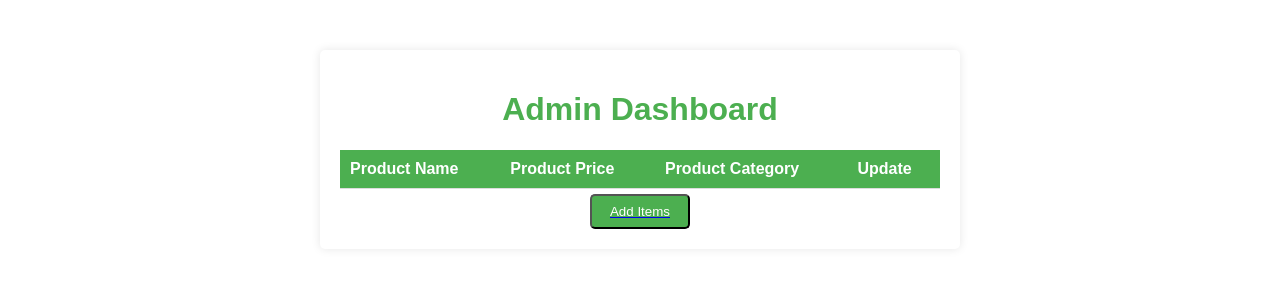
Repository: UrinduYatawakaa/OOP_project
Page: http://localhost/ProductDemo/AllServlet
The author's editor kept a copy of each file at every save. The page is drawn from the files as they stood at one save, then again after the next save.
The browser window is 1280 px wide. The pictures show the whole page.
The page is served by Tomcat 9. Other server files are loaded and not shown. Queries for data that is not in the repository find no rows.

Above is the page before, as saved 2023-10-25 18:57:42.

### oop project/ProductDemo/src/main/webapp/searchbarAdmin.jsp
<%@ page language="java" contentType="text/html; charset=ISO-8859-1"
    pageEncoding="ISO-8859-1"%>
    <%@taglib prefix="c" uri="http://java.sun.com/jsp/jstl/core"%>

<!DOCTYPE html>
<html lang="en">

<head>
    <meta charset="UTF-8">
    <meta name="viewport" content="width=device-width, initial-scale=1.0">
    <link rel="stylesheet" href="css/category.css" type="text/css">
    <title>Simple Grocery Cart</title>
</head>

<body>
    <div class="container2">
        <table class="cart">
        <h1>Admin Dashboard</h1>
            <thead>
                <tr>
                    <th>Product Name</th>
                    <th>Product Price</th>
                    <th>Product Category</th>
                    <th>Update</th>
                </tr>
            </thead>
            <c:forEach var="product" items = "${productDetails}" >

            <c:set var="id" value="${product.id}"/>
            <c:set var="name" value="${product.name}"/>
            <c:set var="price" value="${product.price}"/>
            <c:set var="category" value="${product.category}"/>

            <c:url value="updateProduct.jsp" var="productUpdate">
		    <c:param name="id" value="${id}"/>
		    <c:param name="name" value="${name}"/>
		    <c:param name="price" value="${price}"/>
		    <c:param name="category" value="${category}"/>
	        </c:url>

            <tbody>
                <tr>
                    <td>${product.name}</td>
                    <td>${product.price}</td>
                    <td>${product.category}</td>

                    <td>
                        <a href="${productUpdate}">
                            <input type="button" name="update" value="update value"  class="add-to-cart-button">
                            </a>
                    </td>
                </tr>

        </c:forEach>
        </tbody>

        </table>
         <a href="ProductInsert.jsp">
         <input type="button" name="update" value="Add Items"  class="add-to-cart-button">
        </a>

    </div>
</body>


</html>

### oop project/ProductDemo/src/main/java/com/product/AllServlet.java
package com.product;

import java.io.IOException;
import java.util.List;

import javax.servlet.RequestDispatcher;
import javax.servlet.ServletException;
import javax.servlet.annotation.WebServlet;
import javax.servlet.http.HttpServlet;
import javax.servlet.http.HttpServletRequest;
import javax.servlet.http.HttpServletResponse;

@WebServlet("/AllServlet")
public class AllServlet extends HttpServlet {
	private static final long serialVersionUID = 1L;

	protected void doGet(HttpServletRequest request, HttpServletResponse response) throws ServletException, IOException {
		String category = request.getParameter("category");

		List<Product> productDetails = ProductDBUtil.getAll();
			request.setAttribute("productDetails", productDetails);

			RequestDispatcher dis = request.getRequestDispatcher("searchbarAdmin.jsp");
			dis.forward(request, response);



	}

}

### oop project/ProductDemo/src/main/java/com/product/ProductDBUtil.java
package com.product;
import java.sql.Connection;
import java.sql.DriverManager;
import java.sql.PreparedStatement;
import java.sql.ResultSet;
import java.sql.Statement;
import java.util.ArrayList;
import java.util.List;


public class ProductDBUtil {

	private static boolean isSuccess;
	private static Connection con = null;
	private static Statement stmt = null;
	private static ResultSet rs = null;

	public static List<Product> getProduct (String name){

		ArrayList<Product> product = new ArrayList<>();



		try {
			//String sql = "select * from product_details where product_name='%''"+name+"''%'";
			con = DBConnect.getConnction();
			stmt = con.createStatement();
			String sql = "SELECT * FROM product_details WHERE product_name LIKE '%" + name + "%'";
			rs = stmt.executeQuery(sql);

			if(rs.next()) {
				int id = rs.getInt(1);
				String productName = rs.getString(2);
				double price = rs.getDouble(3);
				String category = rs.getString(4);

				Product p = new Product(id,productName,price,category);
				product.add(p);
			}

		} catch (Exception e) {
			e.printStackTrace();
		}



		return product;

	}

	public static boolean InsertProduct(String name, String price, String category) {

		boolean isSuccess = false;


		try {
			con = DBConnect.getConnction();
			stmt = con.createStatement();
            double Price = Double.parseDouble(price); // Convert the String to a double

			String sql = "insert into product_details values (0,'"+name+"','"+Price+"','"+category+"')";
			int rs = stmt.executeUpdate(sql); //update to query

			if(rs>0) {
				isSuccess = true;
			} else {
				isSuccess = false;
			}

		} catch (Exception e) {
			e.printStackTrace();
		}


		return isSuccess;
	}

	public static boolean updateProduct(String id, String name, String price, String category) {

		try {
			con = DBConnect.getConnction();
			stmt = con.createStatement();

			double Price = Double.parseDouble(price);

			String sql = "update product_details set product_name='"+name+"', product_price='"+Price+"', product_category='"+category+"' where idproduct_details='"+id+"'";
			int rs = stmt.executeUpdate(sql);

			if(rs > 0) {
				isSuccess = true;
			} else {
				isSuccess = false;
			}

		} catch (Exception e) {
			e.printStackTrace();
		}

		return isSuccess;
	}

	public static List<Product> getProdcutDetails(String id){

		int convertID = Integer.parseInt(id);

		ArrayList<Product> product = new ArrayList<>();

		try {

			con = DBConnect.getConnction();
			stmt = con.createStatement();
			String sql = "SELECT * FROM product_details WHERE idproduct_details='" + convertID + "'";
			rs = stmt.executeQuery(sql);

			while(rs.next()) {
				int ID = rs.getInt(1);
				String productName = rs.getString(2);
				double price = rs.getDouble(3);
				String category = rs.getString(4);

				Product p = new Product(ID,productName,price,category);
				product.add(p);
			}


		} catch (Exception e) {
			e.printStackTrace();
		}

		return product;
	}


	public static List<Product> getCategory(String category){


		ArrayList<Product> product = new ArrayList<>();

		try {

			con = DBConnect.getConnction();
			stmt = con.createStatement();
			String sql = "SELECT * FROM product_details WHERE product_category='" + category + "'";
			rs = stmt.executeQuery(sql);

			while(rs.next()) {
				int ID = rs.getInt(1);
				String productName = rs.getString(2);
				double price = rs.getDouble(3);
				String categoryy = rs.getString(4);

				Product p = new Product(ID,productName,price,categoryy);
				product.add(p);
			}


		} catch (Exception e) {
			e.printStackTrace();
		}

		return product;
	}

//
public static List<Product> getAll(){


		ArrayList<Product> product = new ArrayList<>();

		try {

			con = DBConnect.getConnction();
			stmt = con.createStatement();
			String sql = "SELECT * FROM product_details";
			rs = stmt.executeQuery(sql);

			while(rs.next()) {
				int ID = rs.getInt(1);
				String productName = rs.getString(2);
				double price = rs.getDouble(3);
				String categoryy = rs.getString(4);

				Product p = new Product(ID,productName,price,categoryy);
				product.add(p);
			}


		} catch (Exception e) {
			e.printStackTrace();
		}

		return product;
	}


}

### oop project/ProductDemo/src/main/java/com/product/DBConnect.java
package com.product;

import java.sql.Connection;
import java.sql.DriverManager;

public class DBConnect {

	private static String url = "jdbc:mysql://localhost:3306/product";
	private static String user = "root";
	private static String password = "1234";
	private static Connection con;

	public static Connection getConnction() {

		try {
			Class.forName("com.mysql.jdbc.Driver");

			con = DriverManager.getConnection(url, user, password);

		} catch (Exception e) {
			System.out.println("Database connection failed!");
		}

		return con;

	}

}

### oop project/ProductDemo/src/main/webapp/css/category.css
@charset "ISO-8859-1";

body {
    font-family: Arial, sans-serif;
    background-color: #fff;
    color: #333;
    margin: 0;
    padding: 0;
}

.container2 {
    max-width: 600px;
    margin: 0 auto;
    padding: 20px;
    background-color: #fff;
    box-shadow: 0 0 10px rgba(0, 0, 0, 0.1);
    border-radius: 5px;
    margin-top: 50px;
    margin-bottom: 50px;
}

.container2 h1 {
    text-align: center;
    color: #4CAF50;
}

.cart {
    width: 100%;
    margin-top: 20px;
    border-collapse: collapse;
}

.cart th, .cart td {
    padding: 10px;
    text-align: left;
    border-bottom: 1px solid #ddd;
}

.cart th {
    background-color: #4CAF50;
    color: #fff;
}

.cart tbody tr:hover {
    background-color: #f5f5f5;
}

.add-to-cart-button {
    display: block;
    width: 100px;
    text-align: center;
    background-color: #4CAF50;
    color: #fff;
    padding: 8px 10px;
    text-decoration: none;
    border-radius: 5px;
    margin: 0 auto;
    margin-top: 5px;
}

.add-to-cart-button:hover {
    background-color: #333;
}

After the next save:
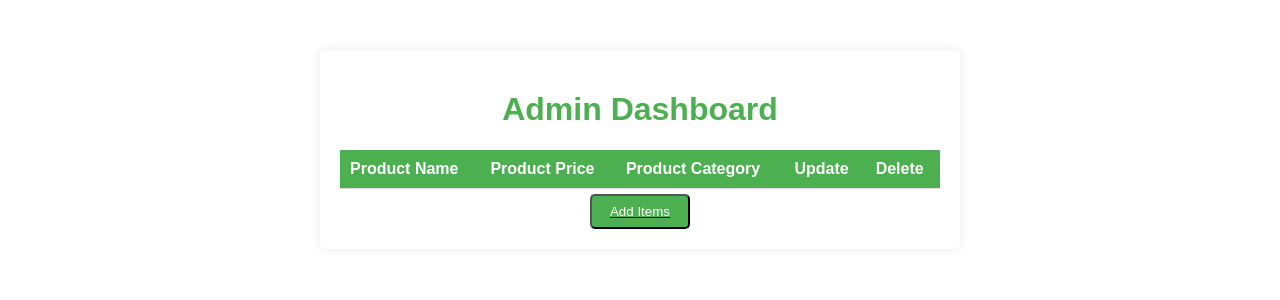
Saved 5 min 17 s later.
--- a/oop project/ProductDemo/src/main/webapp/searchbarAdmin.jsp
+++ b/oop project/ProductDemo/src/main/webapp/searchbarAdmin.jsp
@@ -22,6 +22,7 @@
                     <th>Product Price</th>
                     <th>Product Category</th>
                     <th>Update</th>
+                    <th>Delete</th>
                 </tr>
             </thead>
             <c:forEach var="product" items = "${productDetails}" >
@@ -49,6 +50,12 @@
                             <input type="button" name="update" value="update value"  class="add-to-cart-button">
                             </a>
                     </td>
+
+                    <td>
+                        <a href="${productUpdate}">
+                            <input type="button" name="delete" value="delete item"  class="add-to-cart-button">
+                            </a>
+                    </td>
                 </tr>
 
         </c:forEach>
